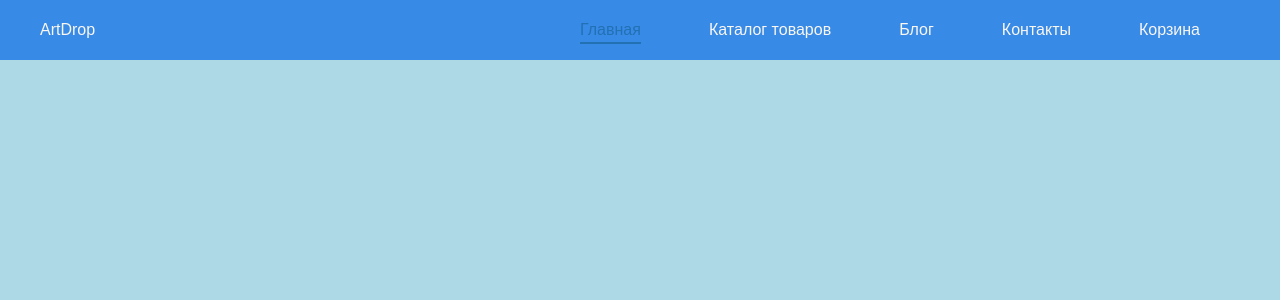
Repository: mnats725/art-drop
Page: index.html
An editor plug-in stored every save of this project. The page is shown before and after a run of saves, followed by the edit.
The browser window is 1280 px wide. The pictures show the whole page.

Above is the page before, as saved 2024-05-20 20:01:03.

After the next 4 saves:
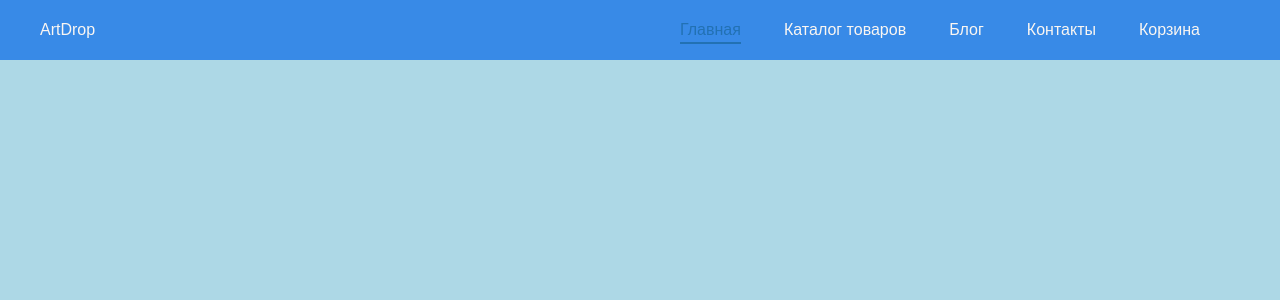
The 4 saves are shown as one change because they came seconds apart.
The last was saved 28 s later.
--- a/css/style.css
+++ b/css/style.css
@@ -38,7 +38,7 @@ body {
 
 .nav {
     display: flex;
-    width: 700px;
+    width: 600px;
     padding: 0 40px;
 }
 
